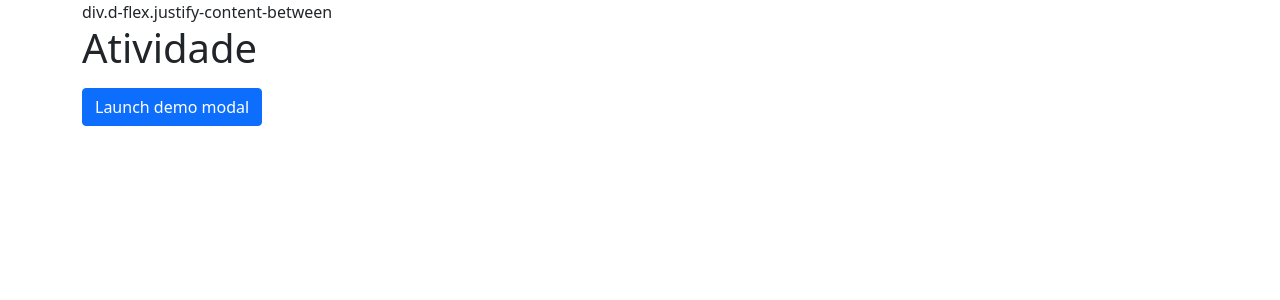
Repository: faribeiro/react-dotnetcore-efcore
Page: / (app in front/pro-atividade-app/)
These files come from the project's save history. The page is drawn as it stood at one moment and after a run of saves; the edit follows.
The browser window is 1280 px wide. The pictures show the whole page.
The page's requests for data from a server got no answer. The project was rebuilt for these pictures with package versions that can differ from the ones it lists, and the page was loaded fresh each time. No one was signed in, and anything a server would have sent is missing. Also part of the build but not shown: front/pro-atividade-app/src/components/AtividadeForm.js, front/pro-atividade-app/src/components/Atividade.js.

Above is the page before, as saved 2023-10-24 15:11:12.

### front/pro-atividade-app/src/index.js
import React from 'react';
import ReactDOM from 'react-dom/client';
import './index.css';
import 'bootstrap/dist/css/bootstrap.min.css';
import App from './App';


const root = ReactDOM.createRoot(document.getElementById('root'));
root.render(
  <div className='container'>
    <App />

  </div>
);

// If you want to start measuring performance in your app, pass a function
// to log results (for example: reportWebVitals(console.log))
// or send to an analytics endpoint. Learn more: https://bit.ly/CRA-vitals

### front/pro-atividade-app/src/index.css
@import url('../node_modules/@fortawesome/fontawesome-free/css/all.min.css');

### front/pro-atividade-app/src/App.js
import {useEffect, useState} from 'react';
import './App.css';
import { Button, Modal } from 'react-bootstrap';
import AtividadeForm from './components/AtividadeForm';
import AtividadeLista from './components/AtividadeLista';
import api from './api/atividade';

function App() {
  const [show, setShow] = useState(false);
  const [atividades, setAtividades] = useState([])
  const [atividade, setAtividade] = useState({id:0})

  const handleClose = () => setShow(false);
  const handleShow = () => setShow(true);

  const pegaTodasAtividades = async () => {
    const response = await api.get('atividade');
    return response.data;
  }

  useEffect(() => {
    //atividades.length <= 0 ? setIndex(1) :
    //setIndex(Math.max.apply( Math, atividades.map((item) => item.id)) + 1)
    const getAtividades = async () => {
      const todasAtividades = await pegaTodasAtividades()
      if (todasAtividades) setAtividades(todasAtividades)
    }
    getAtividades();
  },[])

   const addAtividade = async (ativ) => {
    const response = await api.post('atividade', ativ)
    console.log(response.data)
    setAtividades([ ...atividades, response.data])
  }

  function cancelarAtividade() {
    setAtividade({id: 0})
  }

  const atualizarAtividade = async (ativ) => {
    const response = await api.put(`atividade/${ativ.id}`, ativ)
    const {id} = response.data
    setAtividades(
      atividades.map((item) => (item.id === id ? response.data : item ))
    )
    setAtividade({id: 0})
  }

  const deletarAtividade = async (id) => {
    if (await api.delete(`atividade/${id}`))
    {
      const atividadesFiltradas = atividades.filter(atividade => atividade.id !== id)
          setAtividades([...atividadesFiltradas])
    }
  }

  function pegarAtividade(id) {
    const atividade = atividades.filter(atividade => atividade.id === id)
    setAtividade(atividade[0])
  }

  return (
    <>
      div.d-flex.justify-content-between
      <h1>Atividade {atividade.id !== 0 ? atividade.id : ''}</h1>
      <AtividadeLista
        atividades={atividades}
        deletarAtividade={deletarAtividade}
        pegarAtividade={pegarAtividade}
      />

      <Button variant="primary" onClick={handleShow}>
        Launch demo modal
      </Button>

      <Modal show={show} onHide={handleClose}>
        <Modal.Header closeButton>
          <Modal.Title>Modal heading</Modal.Title>
        </Modal.Header>
        <Modal.Body>
          <AtividadeForm
            addAtividade={addAtividade}
            cancelarAtividade={cancelarAtividade}
            atualizarAtividade={atualizarAtividade}
            ativSelecionada={atividade}
            atividades={atividades}
          />
        </Modal.Body>
      </Modal>

    </>

  );
}

export default App;

### front/pro-atividade-app/src/components/AtividadeLista.js
import React from 'react'
import Atividade from './Atividade'

export default function AtividadeLista(props) {
  return (
    <div className="mt-3">
          {props.atividades.map(ativ => (
            <Atividade
              key={ativ.id}
              ativ={ativ}
              deletarAtividade={props.deletarAtividade}
              pegarAtividade={props.pegarAtividade}
            />
          ))}
        </div>
  )
}

### front/pro-atividade-app/src/api/atividade.js
import axios from 'axios';

export default axios.create({
    baseURL: 'http://localhost:5000/api/',
})

Loaded but not shown: front/pro-atividade-app/public/index.html (common file); front/pro-atividade-app/src/App.css (no stored copy; drawn as an empty file)

After the next 3 saves:
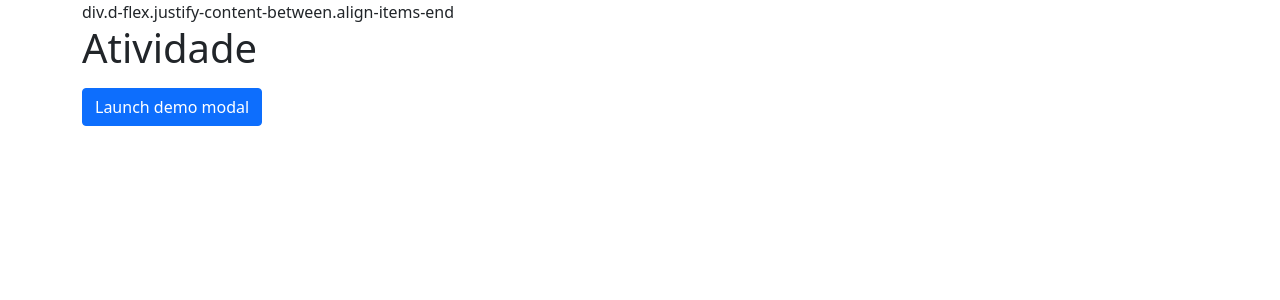
The 3 saves are shown as one change because they came seconds apart.
The last was saved 20 s later.
--- a/front/pro-atividade-app/src/App.js
+++ b/front/pro-atividade-app/src/App.js
@@ -62,7 +62,7 @@ function App() {
 
   return (
     <>
-      div.d-flex.justify-content-between
+      div.d-flex.justify-content-between.align-items-end
       <h1>Atividade {atividade.id !== 0 ? atividade.id : ''}</h1>
       <AtividadeLista
         atividades={atividades}
